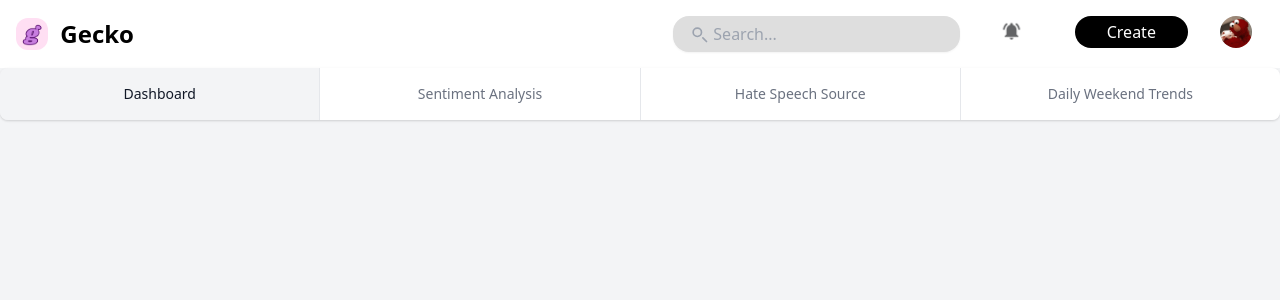
Repository: theamgri/thesis-website-nextjs
Page: website.html
These files come from the project's save history. The page is drawn as it stood at one moment and after the next save; the edit follows.
The browser window is 1280 px wide. The pictures show the whole page.

Above is the page before, as saved 2023-10-02 09:12:14.

After the next save:
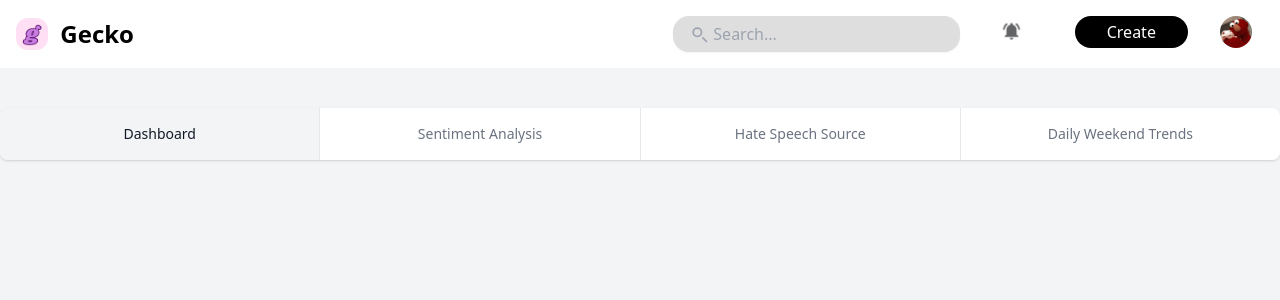
Saved 14 s later.
--- a/website.html
+++ b/website.html
@@ -79,7 +79,7 @@
 <!-- //SIDE NAVBAR -->
 
 
-<div class="sm:hidden mt-10">
+<div class="sm:hidden">
   <label for="tabs" class="sr-only">Select your country</label>
   <select id="tabs" class="bg-gray-50 border border-gray-300 text-gray-900 text-sm rounded-lg focus:ring-blue-500 focus:border-blue-500 block w-full p-2.5 dark:bg-gray-700 dark:border-gray-600 dark:placeholder-gray-400 dark:text-white dark:focus:ring-blue-500 dark:focus:border-blue-500">
       <option>Profile</option>
@@ -88,7 +88,7 @@
       <option>Germany</option>
   </select>
 </div>
-<ul class="hidden text-sm font-medium text-center text-gray-500 divide-x divide-gray-200 rounded-lg shadow sm:flex dark:divide-gray-700 dark:text-gray-400">
+<ul class="mt-10 hidden text-sm font-medium text-center text-gray-500 divide-x divide-gray-200 rounded-lg shadow sm:flex dark:divide-gray-700 dark:text-gray-400">
   <li class="w-full">
       <a href="#" class="inline-block w-full p-4 text-gray-900 bg-gray-100 rounded-l-lg focus:ring-4 focus:ring-blue-300 active focus:outline-none dark:bg-gray-700 dark:text-white" aria-current="page">Dashboard</a>
   </li>
